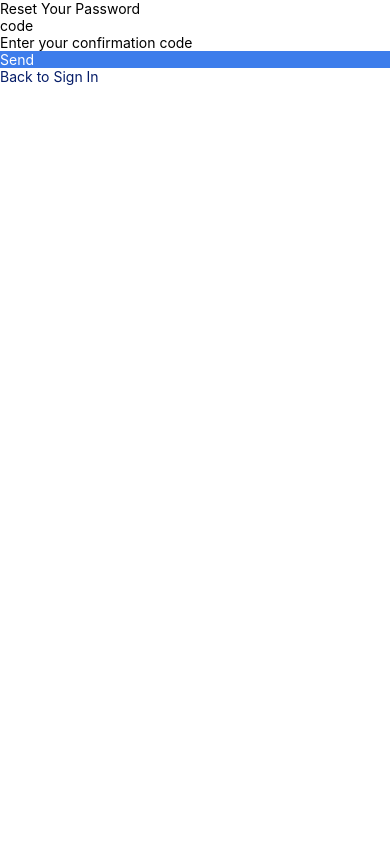
Repository: cynthiamoraa/HireMate
Screen: /
An editor plug-in stored every save of this project. The screen is shown before and after the next save, followed by the edit.
The app was drawn by React Native's web renderer in a window 390 px wide. The project was rebuilt for these pictures with package versions that can differ from the ones it lists, and the page was loaded fresh each time.

Above is the screen before, as saved 2023-07-13 00:14:02.

### App.js
/**
 * Sample React Native App
 * https://github.com/facebook/react-native
 *
 * @format
 */

import React from 'react';

import {SafeAreaView} from 'react-native';
// import SigninScreen from './src/screens/SigninScreen';
// import SignUpScreen from './src/screens/SignUpScreen';
// import ConfirmEmailScreen from './src/screens/ConfirmEmailScreen';
// import ForgotPasswordScreen from './src/screens/ForgotPasswordScreen';
import NewPasswordScreen from './src/screens/NewPasswordScreen/NewPasswordScreen';

function App() {
  return (
    <SafeAreaView>
      <NewPasswordScreen />
    </SafeAreaView>
  );
}

export default App;

### src/screens/NewPasswordScreen/NewPasswordScreen.js
import React,{useState} from 'react';

import {View,  ScrollView, Text} from 'react-native';
import CustomInput from '../../components/CustomInput/CustomInput';
import CustomButton from '../../components/CustomButton/CustomButton';


const NewPasswordScreen = () => {
  const [code, setCode] = useState('');
  const [newpassword, setNewPassword] = useState('');


  const onSendPressed = () => {
    console.log('Confirm button pressed');
  };


  const onSignInPressed = ()=>{
    console.log('Sign up button pressed');
  };

  return (
    <ScrollView showsVerticalScrollIndicator={false}>
      <View className="bg-white h-screen">
        <View className="items-center  ">
          <Text className="font-bold text-[#051c68] mt-10 mb-3 text-2xl">
            Reset Your Password
          </Text>
        </View>

        <CustomInput
          placeholder="code"
          value={code}
          setValue={setCode}
        />
        <CustomInput
          placeholder="Enter your confirmation code"
          value={code}
          setValue={setCode}
        />

        <CustomButton
          text="Send"
          onPress={onSendPressed}
          bgColor="#3D7DEB"
          textColor={'#fff'}
        />

        <CustomButton
          text="Back to Sign In"
          onPress={onSignInPressed}
          bgColor="#fff"
          textColor={'#051c68'}
        />
      </View>
    </ScrollView>
  );
};

export default NewPasswordScreen;

### src/components/CustomInput/CustomInput.js
import { View, TextInput } from 'react-native';
import React from 'react';

const CustomInput = ({value,setValue,placeholder,secureTextEntry}) => {
  return (
    <View className="px-10">
      <TextInput
        value={value}
        onChangeText={setValue}
        placeholder={placeholder}
        className="w-full bg-[#F9FBFC] border-[#e8e8e8] border-1 rounded-md px-10 mx-0 my-5"
        secureTextEntry={secureTextEntry}
      />
    </View>
  );
};


export default CustomInput;

### src/components/CustomButton/CustomButton.js
import { Text , Pressable} from 'react-native';
import React from 'react';

const CustomButton = ({onPress, text, bgColor, textColor}) => {
  return (
    <Pressable onPress={onPress} className=" px-10 ">
      <Text
        style={{backgroundColor: bgColor, color: textColor}}
        className=" w-full p-3 my-3 rounded-lg text-center  font-bold">
        {text}
      </Text>
    </Pressable>
  );
};

export default CustomButton;

After the next save:
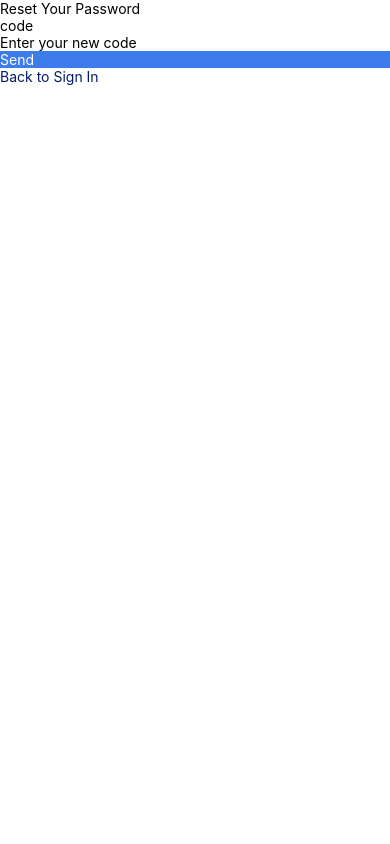
Saved 13 s later.
--- a/src/screens/NewPasswordScreen/NewPasswordScreen.js
+++ b/src/screens/NewPasswordScreen/NewPasswordScreen.js
@@ -34,7 +34,7 @@ const NewPasswordScreen = () => {
           setValue={setCode}
         />
         <CustomInput
-          placeholder="Enter your confirmation code"
+          placeholder="Enter your new code"
           value={code}
           setValue={setCode}
         />
